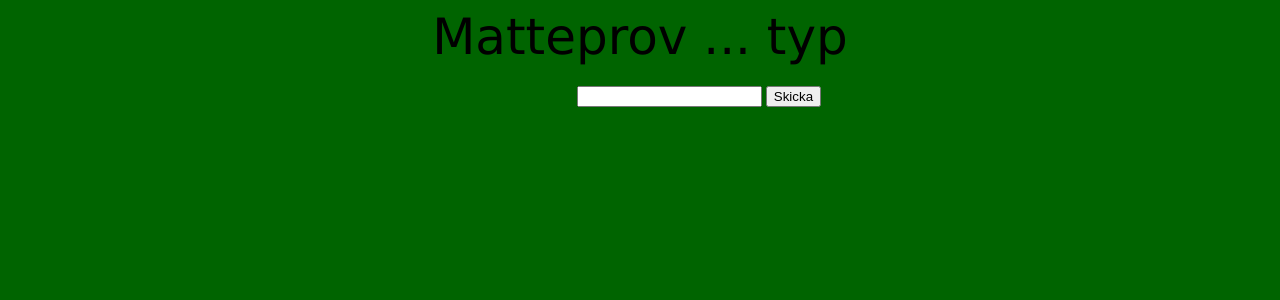
Repository: MartinArvidsson/1dv403-laborationer-Martin-Arvidsson
Page: 4-thequiz/Index.html
The author's editor kept a record of every edit. The page is drawn from the files as they stood at one moment, then again after the next edit.
The browser window is 1280 px wide. The pictures show the whole page.
The page's requests for data from a server got no answer.

Above is the page before.

### 4-thequiz/Index.html
<!DOCTYPE HTML>
<head>
    <html>
        <title>TheQuiz</title>
            <meta charset="utf-8"/>
        <link rel="stylesheet" type="text/css" href="Style.css" />
    </head>
    <body>
        <div id="Container">
            <div id="Questionboard">
                <header>Matteprov ... typ</header>
                <div id="Questions">
                <p id="question"></p>
                <p id=repeatQuestion></p>
                </div>
                <form>
                    <input type="text" id="svar" name="text"/>
                    <input type="submit" id="Button" value="Skicka"/>
                </form>
            </div>
        </div>
        <script type="text/javascript" src="Quiz.js"></script>
    </body>
</html>

### 4-thequiz/Style.css
html{
    background:Darkgreen;
}
header{
    font-family:verdana;
    text-align:center;
    font-weight:lighter;
    font-size:50px;
}
#Questions{
    font-family:verdana;
    text-align:center;
    font-weight:lighter;
    font-size:20px;
}
form{
    padding-left:45%;

}

### 4-thequiz/Quiz.js
"use strict";

var Quiz ={

    questionArray:[],
    tries: 0,
    serverObject: null,


    init:function(){
        var userInput = document.getElementById("svar");
        document.getElementById("repeatQuestion").value ="";
        Quiz.renderQuestion("http://vhost3.lnu.se:20080/question/1");
        document.getElementById("Button").addEventListener("click", function(e){ //Trycker på knappen funkion
            e.preventDefault();

                Quiz.answerQuestion(userInput.value, Quiz.serverObject.nextURL);

        });

    },

    renderQuestion: function(url){ //Renderar ut frågorna
        Quiz.tries = 1;
        var XHR  = new XMLHttpRequest();
        var Questionfromserver = document.getElementById("question");
        var userInput = document.getElementById("svar");
        document.getElementById("repeatQuestion").value ="";
        userInput.value ="";

        XHR.onreadystatechange = function(){
            if(XHR.readyState === 4 && XHR.status === 200)
            {
                Quiz.serverObject = JSON.parse(XHR.responseText);
                Questionfromserver.innerHTML = Quiz.serverObject.question;
            }
        };

        XHR.open("GET",url, true);
        XHR.send(null);
    },

    answerQuestion: function(answer, url){
        var questionrepeat  = document.getElementById("repeatQuestion");
        var XHRTwo = new XMLHttpRequest();
        var i;
        var status = document.getElementById("question");

        XHRTwo.onreadystatechange = function(){
            if(XHRTwo.readyState === 4)
            {
                var Serverresponse = JSON.parse(XHRTwo.responseText);
                if (Serverresponse.message === "Correct answer!")
                {
                    if(Serverresponse.nextURL !== undefined)
                    {
                        Quiz.questionArray.push(Quiz.tries);
                        Quiz.renderQuestion(Serverresponse.nextURL);
                        //status.innerHTML ="Rätt svar, bra jobbat";
                        questionrepeat.innerHTML ="";
                    }
                    else
                    {
                        Quiz.questionArray.push(Quiz.tries);
                        status.innerHTML ="Grattis!, Resultat:";
                        document.getElementById("Button").disabled = true;
                        document.getElementById("svar").value ="";
                        document.getElementById("svar").disabled = true;

                        for (i = 1; i < Quiz.questionArray.length + 1; i +=1)
                        {
                            var questionTag = document.createElement("p");
                            questionTag.innerHTML = "fråga"+i+": "+Quiz.questionArray[i-1]+"försök";
                            status.appendChild(questionTag);
                        }
                    }
                }
                else
                {
                    Quiz.tries +=1;
                    document.getElementById("svar").value = "";
                    //status.innerHTML = "fel svar, försök igen";
                    questionrepeat.innerHTML="fel svar, försök igen";
                }
            }
        };
        var Json = {answer: answer};
        var sendanAnswer = JSON.stringify(Json);
        XHRTwo.open("POST",url,true);
        XHRTwo.setRequestHeader("Content-type","application/json");
        XHRTwo.send(sendanAnswer);
    },
};
window.onload = Quiz.init;

After the next edit:
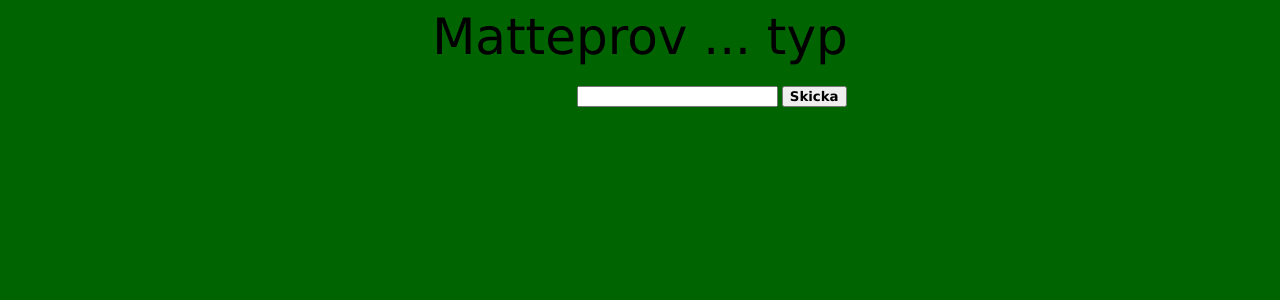
The edit:
--- a/4-thequiz/Style.css
+++ b/4-thequiz/Style.css
@@ -17,3 +17,8 @@ form{
     padding-left:45%;
 
 }
+input
+{
+    font-family:verdana;
+    font-weight:bold;
+}
